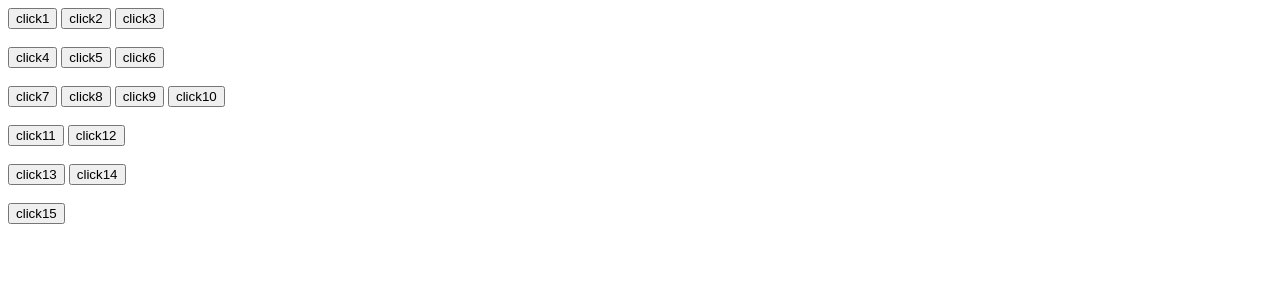
Repository: Jeong43/WebStudy
Page: JsonApp/WebContent/JsonTest07.html
The author's editor kept a copy of each file at every save. The page is drawn from the files as they stood at one save, then again after the next save.
The browser window is 1280 px wide. The pictures show the whole page.

Above is the page before, as saved 2021-12-09 02:07:32.

After the next save:
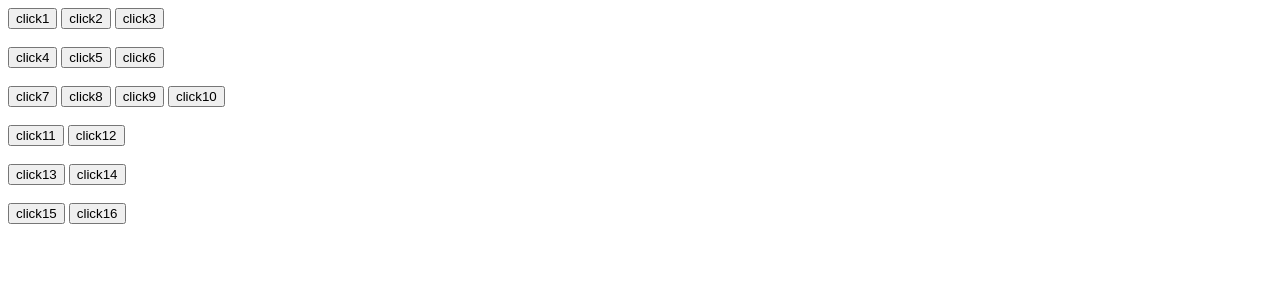
Saved 2 min 12 s later.
--- a/JsonApp/WebContent/JsonTest07.html
+++ b/JsonApp/WebContent/JsonTest07.html
@@ -79,7 +79,10 @@
 	<br><br>
 
 	<input type="button" value="click15" onclick="alert(myJsonObj7_1[0] + myJsonObj7_1[2])" />
-	<!-- →  -->
+	<!-- → test1undefined -->
+
+	<input type="button" value="click16" onclick="alert(typeof(myJsonObj7_1[0] + myJsonObj7_1[2]))" />
+	<!-- → string -->
 
 
 </form>
